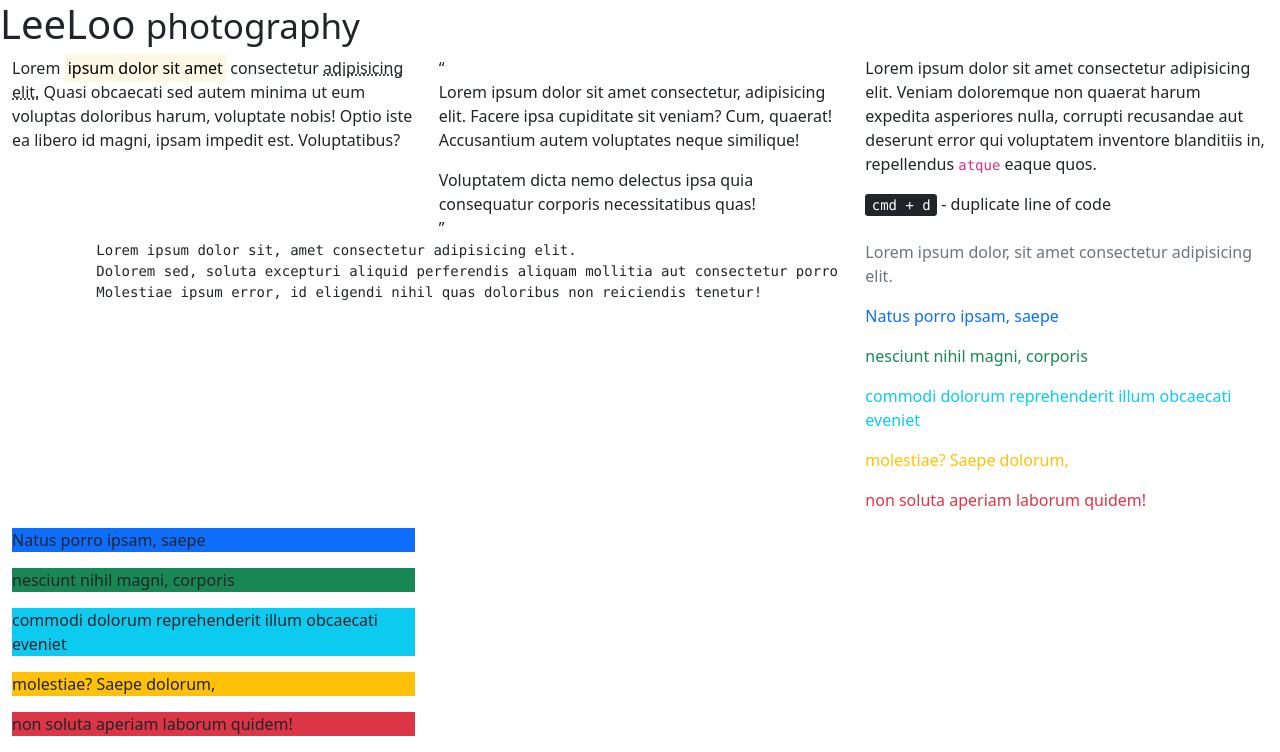
Repository: Zyzik-33/bootstrap-test
Page: index.html
An editor plug-in stored every save of this project. The page is shown before and after the next save, followed by the edit.
The browser window is 1280 px wide. The pictures show the whole page.

Above is the page before, as saved 2021-01-27 15:38:11.

After the next save:
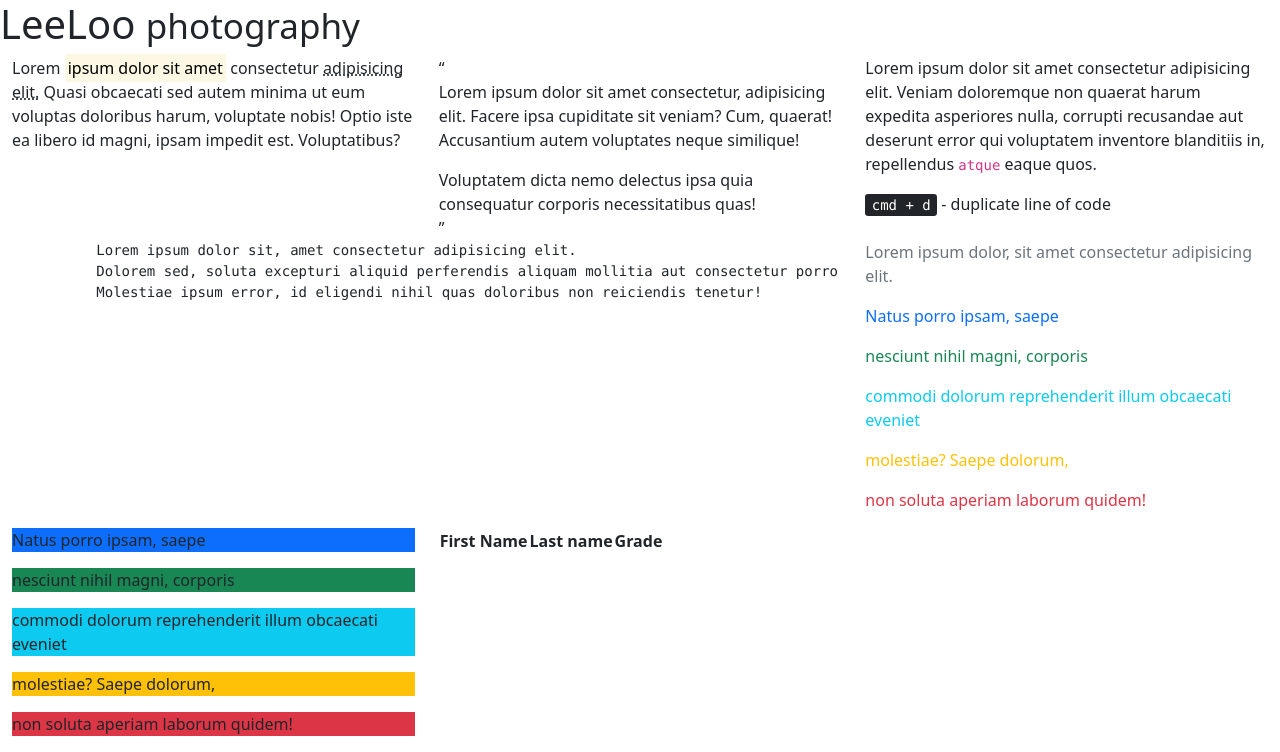
Saved 30 s later.
--- a/index.html
+++ b/index.html
@@ -66,11 +66,14 @@
         <table>
           <thead>
             <tr>
-              <th></th>
-              <th></th>
-              <th></th>
+              <th>First Name</th>
+              <th>Last name</th>
+              <th>Grade</th>
             </tr>
           </thead>
+          <tbody>
+
+          </tbody>
         </table>
       </div>
       <div class="col-lg-4"></div>
